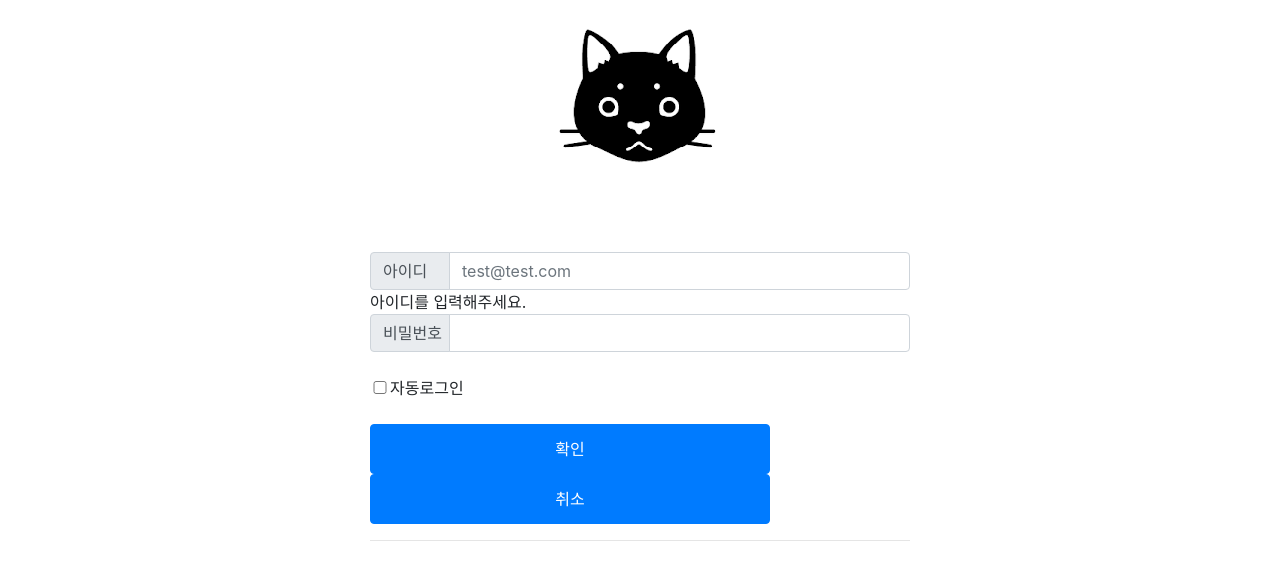
Repository: 0deepsleep/SpringMVCStudy
Page: http://localhost/TestProject/joinCheck.jsp
An editor plug-in stored every save of this project. The page is shown before and after the next save, followed by the edit.
The browser window is 1280 px wide. The pictures show the whole page.
The page is served by Tomcat 9.

Above is the page before, as saved 2019-06-14 09:41:21.

After the next save:
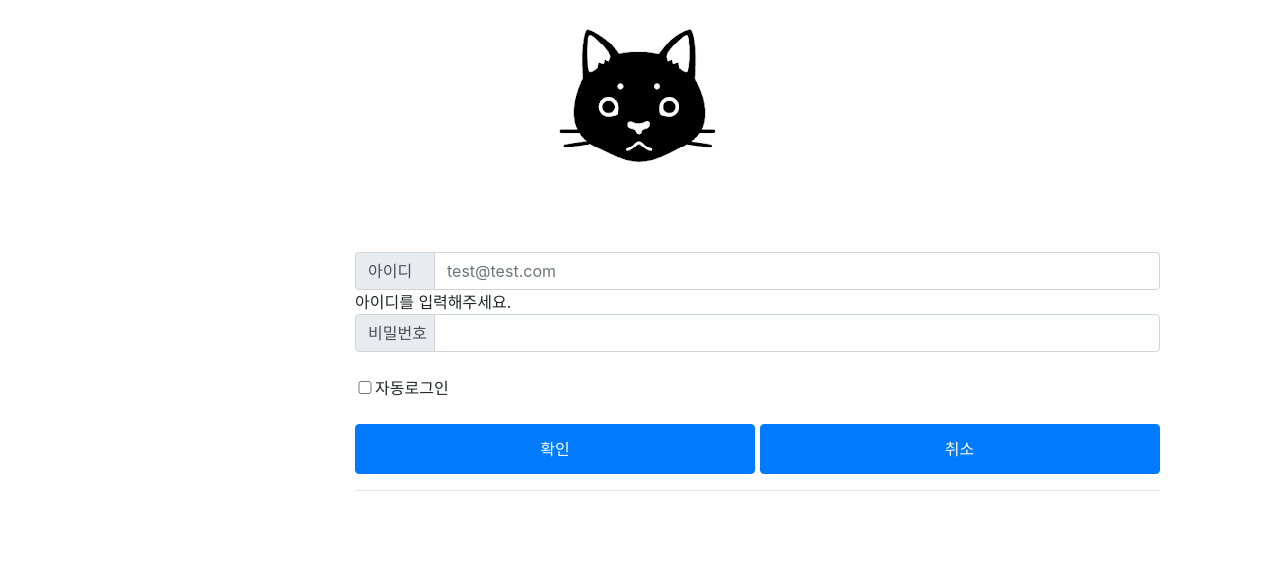
Saved 6 s later.
--- a/TestProject/WebContent/joinCheck.jsp
+++ b/TestProject/WebContent/joinCheck.jsp
@@ -62,7 +62,7 @@
 <div class="text-center container">
 	<img src="<%=cp %>/img/cat.png" class="rounded" alt="" >
   <div class="row" style="margin-top: 60px;">
-  	<div class="col-md-6 offset-md-3">
+  	<div class="col-md-6- offset-md-3">
   		<div class="input-group" id="memberForm">
 	  		<div class="input-group-prepend">
 		    	<span class="input-group-text bolck">아이디</span>
